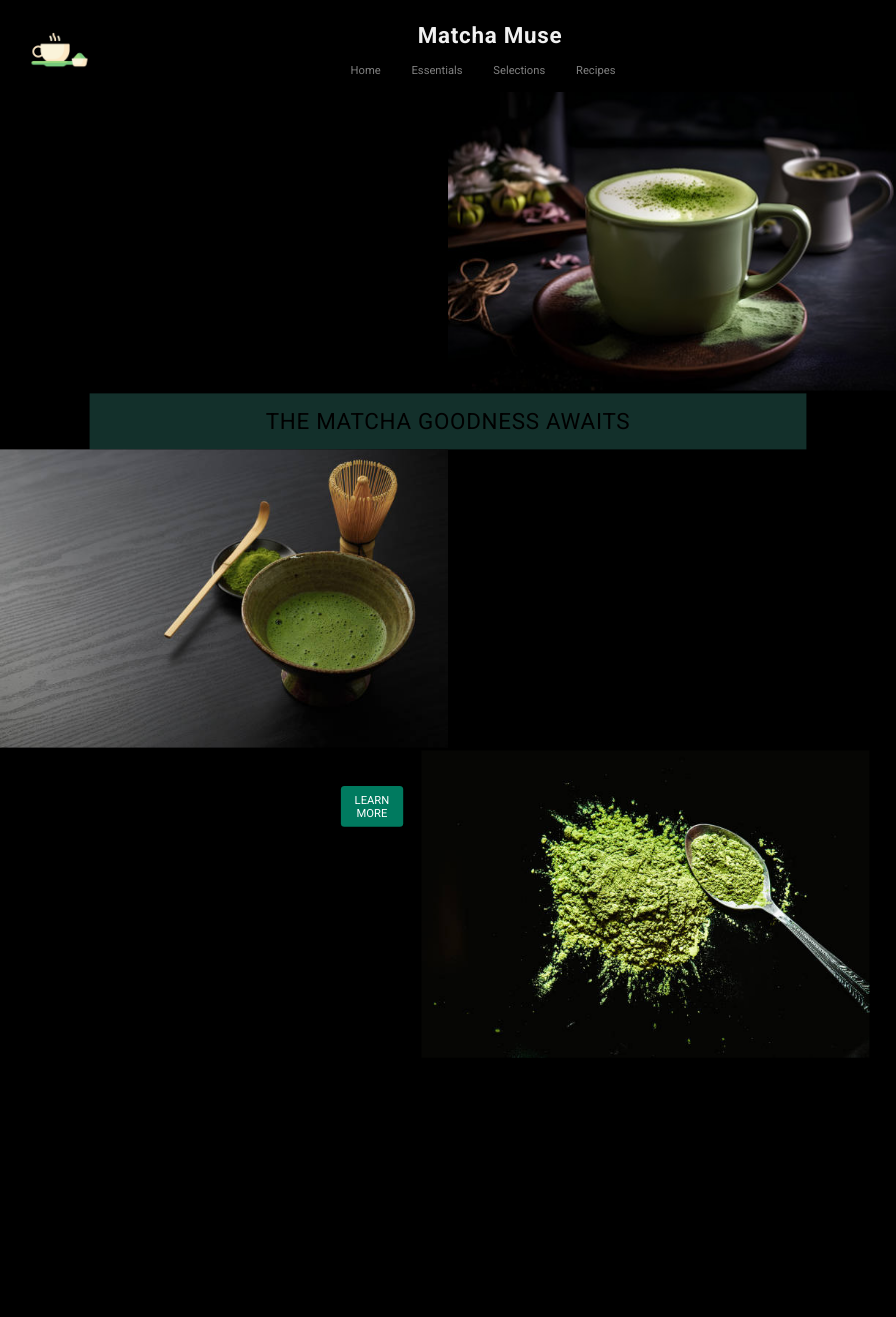
Repository: ericazz17/matchawebsite
Page: main.html
These files come from the project's save history. The page is drawn as it stood at one moment and after a run of saves; the edit follows.
The browser window is 1280 px wide. The pictures show the whole page, at 70% of full size.

Above is the page before, as saved 2023-09-20 03:47:17.

After the next 2 saves:
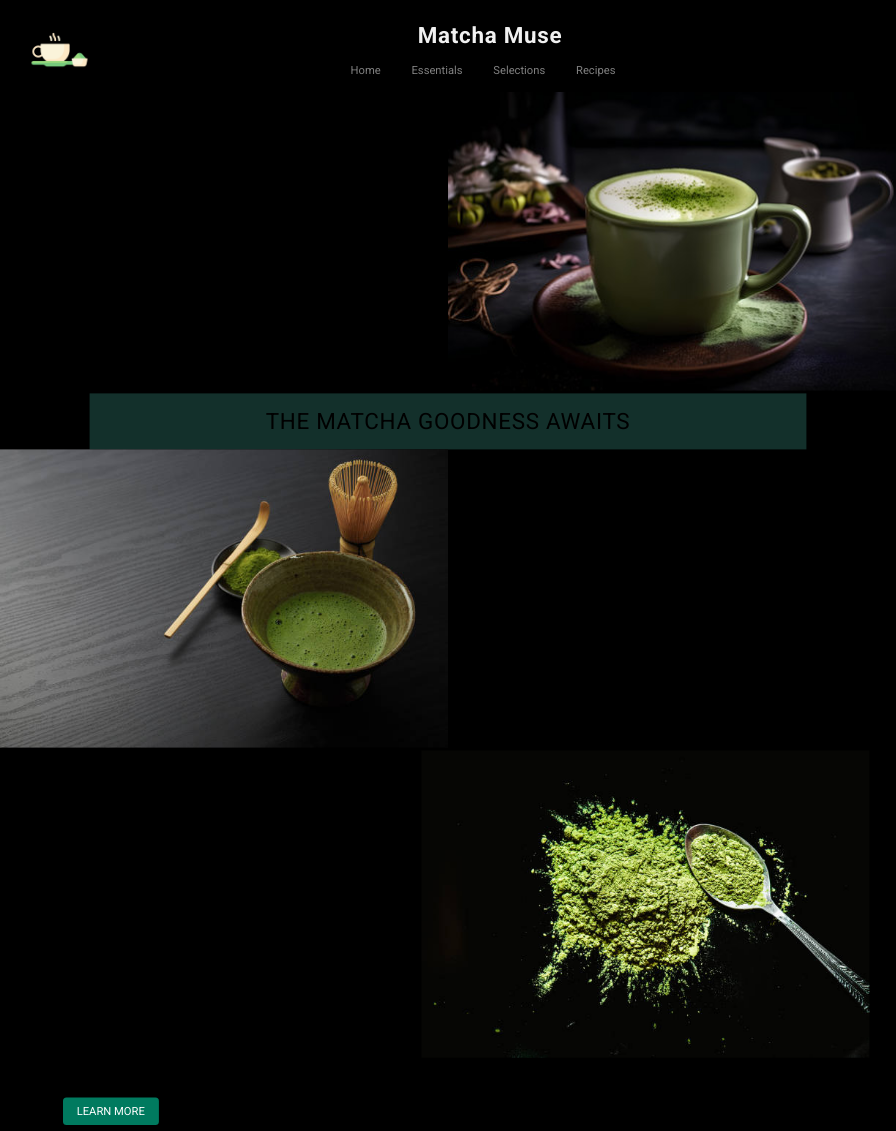
The 2 saves are shown as one change because they came seconds apart.
The last was saved 9 s later.
--- a/main.css
+++ b/main.css
@@ -121,8 +121,7 @@
 }
 
 .bottom-second-text {
-    display: flex;
-    justify-content: space-between;
+    display: block;
     width: 40%;
     float: left;
     padding-left: 5%;
